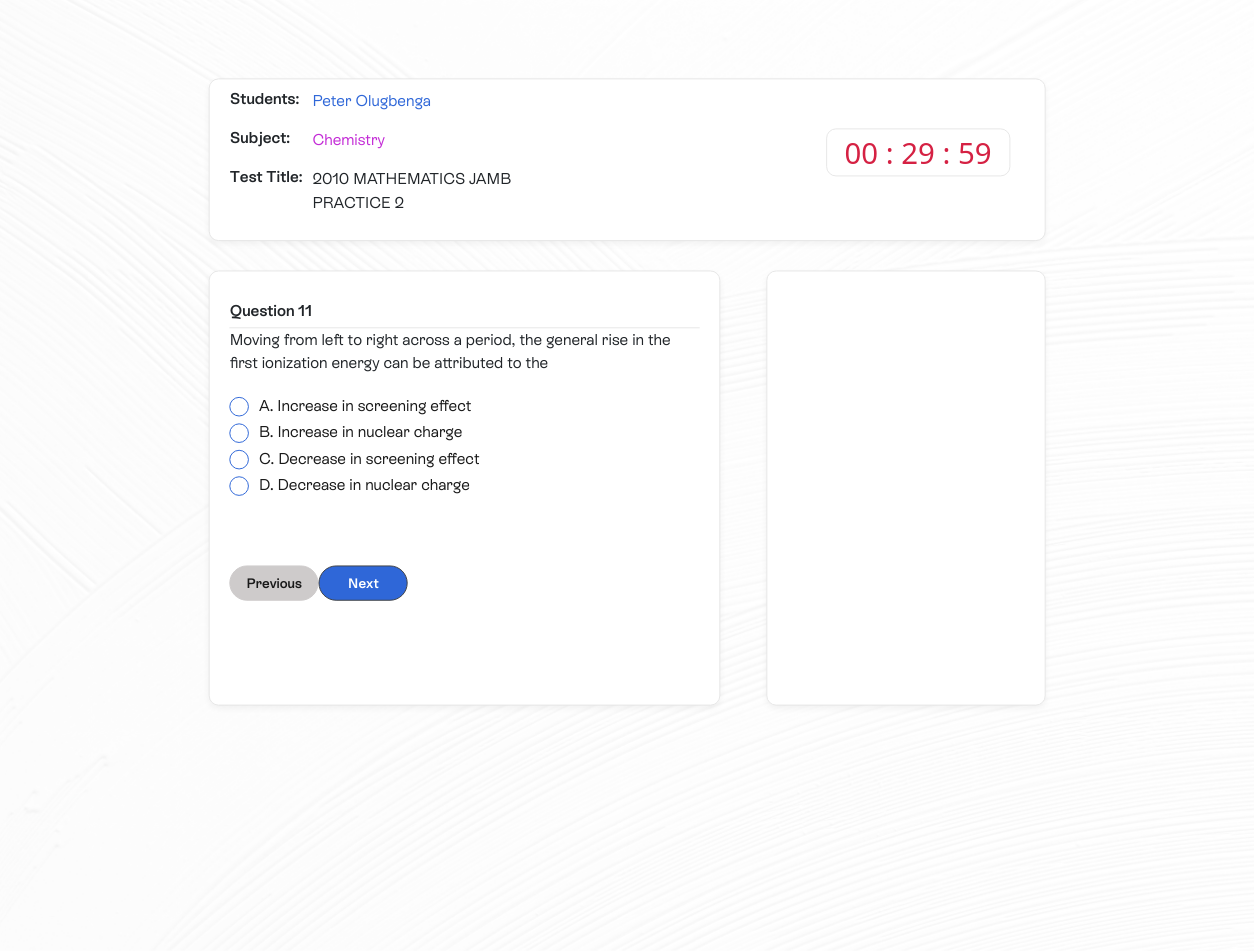
Repository: sarahnnanyelugo/educare-cbt
Page: /question
An editor plug-in stored every save of this project. The page is shown before and after the next save, followed by the edit.
The browser window is 1280 px wide. The pictures show the whole page, at 98% of full size.
The project was rebuilt for these pictures with package versions that can differ from the ones it lists, and the page was loaded fresh each time. Also part of the build but not shown: src/components/Form/Form.js, src/pages/AuthenticationPage/auth.scss, src/pages/AuthenticationPage/AuthenticationPage.js, src/components/TestModal/test-modal.scss, src/components/TestModal/TestModal.js, src/components/Exams/Exams.js, src/TestData/examsData.js, src/TestData/index.js and 2 more. Imported but missing from the stored project, and not drawn on this page: src/components/Form/Password, src/components/GoogleButton/GoogleButton.

Above is the page before, as saved 2023-11-05 14:27:37.

### src/App.js
import logo from "./logo.svg";
import "./App.css";
import "bootstrap/dist/css/bootstrap.min.css";
import { BrowserRouter, Routes, Route, Link, Outlet } from "react-router-dom";
import { AuthenticationPage } from "./pages/AuthenticationPage/AuthenticationPage";
import { Home } from "./pages/Home/Home";
import ScrollToTop from "./components/scrollToTop";
import { Navbar } from "./components/Navbar/Navbar";
import { TestInstructions } from "./pages/TestInstructions/TestInstructions";
import { Question } from "./pages/Question/Question";
function App() {
  return (
    <>
      <ScrollToTop />
      <Navbar />
      <Routes>
        <Route path="/" element={<AuthenticationPage />} />{" "}
        <Route path="home" element={<Home />} />{" "}
        <Route path="test-instructions" element={<TestInstructions />} />{" "}
        <Route path="question" element={<Question />} />{" "}
      </Routes>
    </>
  );
}

export default App;

### src/App.css
@font-face {
  font-family: rebondG;
  src: url(./assets/fonts/Rebond_font/RebondG.otf);
}
@font-face {
  font-family: rebondG-Bold;
  src: url(./assets/fonts/Rebond_font/RebondG-Bold.otf);
}
@font-face {
  font-family: rebondG-Semi-Bold;
  src: url(./assets/fonts/Rebond_font/Rebond-semibold.otf);
}
@font-face {
  font-family: rebondG-Medium;
  src: url(./assets/fonts/Rebond_font/RebondGrotesqueMedium.otf);
}
@font-face {
  font-family: rebondBook;
  src: url(./assets/fonts/Rebond_font/RebondG-Book.ttf);
}

h1,
h2,
h3,
h4,
h5,
h6 {
  font-family: rebondG-Semi-Bold;
}

p {
  font-family: rebondBook;
  font-size: 16px;
}
small {
  font-family: rebondBook;
}
button {
  font-family: rebondG-Semi-Bold;
}
ul li {
  font-family: rebondG-Medium;
}
@media screen and (min-width: 620px) {
  .flexy {
    display: flex;
  }
}
@media screen and (max-width: 620px) {
  .flexyM {
    display: flex;
  }
}

### src/components/Navbar/Navbar.js
import React, { useEffect, useRef, useState } from "react";
import "./navbar.scss";
import Logo from "../../assets/images/logo.png";
import { Link, NavLink } from "react-router-dom";
import { useLocation } from "react-router-dom";

export const Navbar = () => {
  const location = useLocation();
  const prevUrlRef = useRef(null);
  const [showNav, setShowNav] = useState(true);
  useEffect(() => {
    const currentUrl = window.location.pathname;
    if (prevUrlRef.current !== currentUrl) {
      prevUrlRef.current = currentUrl;
      console.log(currentUrl);
      setTimeout(() => {
        switch (currentUrl) {
          case "/":
            setShowNav(false);
            break;
          case "/test-instructions":
            setShowNav(false);
            break;
          case "/question":
            setShowNav(false);
            break;

          default:
            setShowNav(true);
            break;
        }
        localStorage.setItem("showNav", showNav);
      }, 200);
    }
  });
  return (
    <div className={`nav-container flexy ${showNav ? "" : "hide"} `}>
      <div className="logo-holder  col-md-1 flexy ">
        {" "}
        <Link to={"/"}>
          {" "}
          <img className="   logo" src={Logo} alt="Scholar" width="50%" />
        </Link>
      </div>
      <div className="flexy navs">
        <NavLink activeclassName="active" className="navlinks" to={"/home"}>
          <button> Home</button>
        </NavLink>{" "}
        <NavLink
          activeclassName="active"
          className="navlinks"
          to={"/test-analysis"}
        >
          <button> Test Analysis</button>
        </NavLink>{" "}
        <NavLink activeclassName="active" className="navlinks" to={"/wallet"}>
          <button> Wallet</button>
        </NavLink>
      </div>
    </div>
  );
};

### src/pages/Question/Question.js
import React from "react";
import "./question.scss";
import Alert from "../../assets/images/alert.svg";
import { Link } from "react-router-dom";

export const Question = () => {
  return (
    <>
      <div className="test-instructions-div">
        <div className="col-md-8 offset-md-2 student-details flexy">
          <div className="col-md-5 ">
            <div className="flexy flexyM">
              {" "}
              <h6 className="col-md-3 ">Students:</h6>
              <p style={{ color: "#2F67D8" }}>Peter Olugbenga</p>
            </div>
            <div className="flexy flexyM">
              {" "}
              <h6 className="col-md-3">Subject:</h6>
              <p style={{ color: "#C32BD6" }}>Chemistry</p>
            </div>{" "}
            <div className="flexy flexyM">
              {" "}
              <h6 className="col-md-3">Test Title:</h6>
              <p>2010 MATHEMATICS JAMB PRACTICE 2</p>
            </div>
          </div>
          <div className="timer offset-md-4 mt4">
            <button>00 : 29 : 59</button>
          </div>
        </div>
        <div className="col-md-8 offset-md-2 flexy">
          {" "}
          <div className="col-md-8 ">
            <div className="col-md-11  instructions">
              <div className="title-div">
                {" "}
                <h6>Question 11</h6>
              </div>
              <p>
                Moving from left to right across a period, the general rise in
                the first ionization energy can be attributed to the
              </p>
              <div>
                <input
                  type="radio"
                  id="answer-a"
                  name="answers"
                  value="answer-a"
                />
                <label for="answer-a">A. Increase in screening effect</label>
              </div>
              <div>
                <input
                  type="radio"
                  id="answer-b"
                  name="answers"
                  value="answer-b"
                />
                <label for="answer-b">B. Increase in nuclear charge</label>
              </div>
              <div>
                <input
                  type="radio"
                  id="answer-c"
                  name="answers"
                  value="answer-c"
                />
                <label for="answer-c">C. Decrease in screening effect</label>
              </div>{" "}
              <div>
                <input
                  type="radio"
                  id="answer-d"
                  name="answers"
                  value="answer-d"
                />
                <label for="answer-d">D. Decrease in nuclear charge</label>
              </div>
              <div className="flexy mt7">
                <button className="previous-btn">Previous</button>
                <button className="next-btn">Next</button>
              </div>
            </div>
          </div>
          <div className="col-md-4 instructions"></div>
        </div>
      </div>
    </>
  );
};

### src/pages/Home/home.scss
@import "../../variables";
@import "../../shared-styles";

.home-div {
  padding-top: 60px;
  padding-bottom: 60px;
  .unit {
    h3 {
      flex-grow: 1;
    }
    button {
      color: #2f67d8;
      background: #2f67d81a;
      border: solid 1px #2f67d8;
      width: 163px;
      font-size: 14px;
      height: 32px;
      border-radius: 100px;
    }
  }
  .question-type-div {
    border-radius: 11px;
    background: #ffffff;
    padding: 15px;
    border: solid 1px #e7e7e7;
    box-shadow: 0px 3px 6px #0000000d;
    input {
      width: 90%;
      border: solid 1px #cecbcb;
      height: 37px;
      border-radius: 10px;
      background: #fff;
      padding-left: 20px;
    }
    ::placeholder {
      color: #191919 !important;
      text-align: left;
      opacity: 0.3;
      font-size: 14px !important;
      font-family: rebondG-Medium;
    }
    button {
      @include main-btn;
      margin-top: 25px;
    }
  }
  .sort {
    margin-top: 100px;
    margin-bottom: 20px;
    h3 {
      flex-grow: 1;
    }
    h6 {
      margin-top: 10px;
      margin-right: 5px;
    }
    select {
      border: solid 1px #cecbcb;
      border-radius: 35px;
      width: 100px;
      background: #fff;
      font-family: rebondG-Medium;
      font-size: 14px;
      color: #191919;
    }
  }
}

### src/components/Navbar/navbar.scss
.nav-container {
  padding: 5px 60px;
  box-shadow: 0px 3px 6px #00000029;
  background: #fff;
  .logo-holder {
    flex-grow: 1;
  }
  .navs {
    flex-grow: 1;
    .navlinks {
      button {
        margin: 0 10px;
        padding: 5px 13px;
        border: none;
        color: #000;
        margin-top: 10px;
        text-decoration: none;
        font-size: 14px;
        border-radius: 100px;
        background: #fff;
        font-family: rebondG-Medium;
      }
    }
  }
}
.active {
  button {
    color: #2f67d8 !important;
    background: #c7d8fa !important;
  }
}

### src/pages/TestInstructions/test-instructions.scss
@import "../../variables";
@import "../../shared-styles";

.test-instructions-div {
  padding-top: 80px;
  padding-bottom: 250px;
  background: url("../../assets/images/brush-bg.png");
  background-size: cover;
  background-repeat: no-repeat;
  //   background-position: center;
  .instructions {
    border: 1px solid #e7e7e7;
    box-shadow: 0px 3px 6px #0000000d;
    border-radius: 10px;
    height: 444px;
    background: #fff;
    padding: 30px 20px;
    .title-div {
      border-bottom: 1px solid #e7e7e7;
    }
    .inner {
      margin-top: 30px;
      h6 {
        margin-bottom: 20px;
        font-size: 16px;
      }
      p {
        font-size: 16px;
      }
      .proceed-btn {
        @include main-btn;
      }
      .back-btn {
        border: 1px solid #2f67d8;
        color: #2f67d8;
        background: #fff;
        border-radius: 100px;
        width: 91px;
        height: 36px;
        font-size: 14px;
      }
      .instruction-btns {
        margin-top: 250px;
      }
    }
    ul {
      margin-top: 60px;
    }
    ul li {
      color: #d52143;
      font-size: 14px;
      img {
        margin-right: 7px;
      }
    }
  }
}

### src/pages/Question/question.scss
@import "../../variables";
@import "../../shared-styles";

.test-instructions-div {
  padding-top: 80px;
  padding-bottom: 250px;
  background: url("../../assets/images/brush-bg.png");
  background-size: cover;
  background-repeat: no-repeat;
  .student-details {
    border: 1px solid #e7e7e7;
    box-shadow: 0px 3px 6px #0000000d;
    border-radius: 10px;
    background: #fff;
    padding: 10px 20px;
    margin-bottom: 30px;
    .timer {
      button {
        color: #d52143;
        font-size: 30px;
        width: 188px;
        // height: 40px;
        border: solid 1px #e7e7e7;
        border-radius: 10px;
        background: #fff;
      }
    }
  }
  .instructions {
    border: 1px solid #e7e7e7;
    box-shadow: 0px 3px 6px #0000000d;
    border-radius: 10px;
    height: 444px;
    background: #fff;
    padding: 30px 20px;
  }
}
input[type="radio"] {
  appearance: none;
  -webkit-appearance: none;
  width: 20px;
  height: 20px;
  border: 1px solid #2f67d8;
  border-radius: 50%;
  margin-right: 10px;
  background-color: transparent;
  position: relative;
  top: 6px;
}

input[type="radio"]:checked::before {
  content: "";
  display: block;
  width: 12px;
  height: 12px;
  background-color: #2f67d8;
  border-radius: 50%;
  position: absolute;
  top: 50%;
  left: 50%;
  transform: translate(-50%, -50%);
}

label {
  font-size: 16px;
  font-family: rebondBook;

  color: #191919;
}
.previous-btn {
  border-radius: 100px;
  width: 91px;
  height: 36px;
  font-size: 14px;
  border: solid 1px #cecbcb;
  background: #cecbcb;
  font-family: rebondG-Semi-Bold;
  color: #191919;
}
.next-btn {
  @include main-btn;
}

### src/components/Form/form.scss
@import "../../variables";
@import "../../shared-styles";

.form-container {
  border: solid 1px rgb(255, 255, 255);
  border-radius: 15px;
  box-shadow: 0 0 1px 1px rgb(221, 221, 221);
  padding: 30px 20px 50px 20px;
  background: #fff;
  .or {
    .bodda {
      border-top: solid 1px #efefef;
      margin-top: 30px;
    }
    p {
      margin-top: 15px;
    }
  }
  .form-heading {
    color: #161617;
    font-size: 16px;
  }
}

.form {
  width: 100%;
  position: relative;
  height: fit-content;
  overflow: hidden;
}

.form input {
  width: 100%;
  height: 100%;
  color: #191919;
  padding-top: 10px;
  padding-bottom: 10px;
  padding-left: 20px;
  border-radius: 10px;
  height: 40px;
  margin-top: 20px;
  border: solid 1px #e7e7e7;
  background: #fff;
  font-family: rebondG-Semi-Bold;
}
.form label {
  position: absolute;
  bottom: 4px;
  left: 20px;
  width: 100%;
  height: 100%;
  font-size: 12px;
  font-family: rebondG;
  color: #161617;
  pointer-events: none;
}
.form label::after {
  content: "";
  position: absolute;
  bottom: -1px;
  left: 0px;
  width: 100%;
  height: 100%;
  transform: translateX(-100%);
  transition: all 0.3s ease;
}

.content-name {
  position: absolute;
  bottom: 0px;
  left: 0px;
  padding-bottom: 5px;
  transition: all 0.3s ease;
}
.form input:focus {
  outline: none;
}
.form input:focus + .label-name .content-name,
.form input:valid + .label-name .content-name {
  transform: translateY(-100%);
  font-size: 8px;
  left: 0px;
  color: black;
}
.form input:focus + .label-name::after,
.form input:valid + .label-name::after {
  transform: translateX(0%);
}
.password-input {
  input {
    border: solid 1px #edecec !important;
    padding: 9px 5px;
    border-radius: 10px;
    background: #fff !important;
    width: 100% !important;
    height: 40px;
  }
  img {
    margin-left: -35px;
    border-right: solid 1px rgb(226, 220, 220) !important;
    border-radius: 7px;
    @media screen and (max-width: 620px) {
      margin-left: -18px;
    }
  }
}
.formButton {
  color: #fff;
  border: none;
  padding: 10px 0;
  border-radius: 35px;
  margin-top: 30px;
  width: 100%;
  font-size: 16px !important;
  font-weight: bold !important;
  font-family: rebondG-Medium;
  background: #2f67d8;
  &:hover {
    background: #1e4ba7;
    transition: 0.5 ease;
  }
  @media screen and (max-width: 620px) {
  }
}
.css-qbdosj-Input {
  padding: 6px 5px !important;
}
.css-13cymwt-control {
  border-radius: 10px !important;
  height: 40px !important;
  border: solid 1px rgb(236, 233, 233) !important;
}
//////////////////////////////////////////////////////////////////////////////////////////

.formpassword {
  width: 100%;
  position: relative;
  height: fit-content;
  overflow: hidden;
}

.formpassword input {
  width: 100%;
  height: 100%;
  color: #191919;
  padding-top: 10px;
  padding-bottom: 10px;
  padding-left: 20px;
  border-radius: 10px;
  height: 40px;
  margin-top: 20px;
  border: solid 1px #e7e7e7;
  background: #fff;
  font-family: rebondG-Semi-Bold;
}
.formpassword label {
  position: absolute;
  bottom: 4px;
  left: 20px;
  width: 100%;
  height: 100%;
  font-size: 12px;
  font-family: rebondG;
  color: #161617;
  pointer-events: none;
}
.formpassword label::after {
  content: "";
  position: absolute;
  bottom: -1px;
  left: 0px;
  width: 100%;
  height: 100%;
  transform: translateX(-100%);
  transition: all 0.3s ease;
}

.content-name {
  position: absolute;
  bottom: 0px;
  left: 0px;
  padding-bottom: 5px;
  transition: all 0.3s ease;
}
.formpassword input:focus {
  outline: none;
}
.formpassword input:focus + .label-name .content-name,
.formpassword input:valid + .label-name .content-name {
  transform: translateY(-100%);
  font-size: 8px;
  left: 0px;
  color: black;
}
.formpassword input:focus + .label-name::after,
.formpassword input:valid + .label-name::after {
  transform: translateX(0%);
}
.css-1jqq78o-placeholder {
  font-family: rebondBook !important;
  color: #161617 !important;
  font-size: 12px !important;
  font-family: rebondBook !important ;
}
.PhoneInputCountry {
  background: #fff !important;
}
.hide {
  display: none;
}
.show {
  display: block;
}

### src/components/Exams/exams.scss
@import "../../variables";
@import "../../shared-styles";

.questions-div {
  border: 1px solid #e7e7e7;
  border-radius: 11px;
  box-shadow: 0px 3px 6px #0000000d;
  height: 89px;
  margin-bottom: 30px;
  padding-top: 15px;
  h6 {
    font-size: 16px;
  }
  p {
    font-size: 14px;
  }
  button {
    @include main-btn;
  }

  tr td {
    border: none;
    padding: 0 !important;
    text-align: left;
    small {
      font-size: 14px;
    }
  }
}

### src/_variables.scss
$blue: #0098da;
$lightblue: #e1f2fa;
$purple: #5044b2;
@mixin get-started-button {
  color: #fff;
  border-radius: 35px;
  border: solid 1px #414244;
  padding: 8px 20px;
  font-size: 14px;
  font-family: rebondG-Semi-Bold;

  // &:hover {
  //   background: #30266b;
  //   transition: 0.5s ease;
  // }
}
@mixin main-btn {
  background: #2f67d8 !important;
  color: #fff;
  border-radius: 100px;
  // padding: 8px 20px;
  width: 91px;
  height: 36px;
  font-size: 14px;
  border: solid 1px #414244;
  font-family: rebondG-Semi-Bold;

  &:hover {
    background: #1e4ba7 !important;
    transition: 0.5s ease;
  }
}

### src/_shared-styles.scss
.mt1 {
  margin-top: 10px;
}
.mt2 {
  margin-top: 20px;
}
.mt3 {
  margin-top: 30px;
}
.mt4 {
  margin-top: 40px;
}
.mt5 {
  margin-top: 50px;
}
.mt6 {
  margin-top: 60px;
}
.mt7 {
  margin-top: 70px;
}
.mt8 {
  margin-top: 80px;
}
.mt9 {
  margin-top: 90px;
}
.mt {
  margin-top: 140px;
}
.mtt {
  margin-top: 200px;
}
.bb {
  border-bottom: solid 1px rgb(233, 229, 229);
}
.bt {
  border-top: solid 1px rgb(233, 229, 229);
}
.pd {
  padding: 80px 0;
}
.br {
  border-right: solid 1px rgb(233, 229, 229);
}
.no-m {
  @media screen and (max-width: 620px) {
    margin: 0 !important;
  }
}
.ml {
  margin-left: 10px;
}
.ml4 {
  margin-left: 40px;
}
.ml3 {
  margin-left: 30px;
}

.features-link {
  color: #191919;
  text-decoration: none;
  &:hover {
    color: #191919;
  }
}

.mb5 {
  margin-bottom: 50px;
}
.mb4 {
  margin-bottom: 40px;
}

.no-margin {
  @media screen and (max-width: 620px) {
    margin-top: 0px !important;
    text-align: center;
  }
}
.grad2 {
  background: rgb(255, 255, 255);
  background: linear-gradient(
    180deg,
    rgba(255, 255, 255, 1) 28%,
    rgba(240, 240, 240, 1) 48%,
    rgba(255, 255, 255, 1) 75%
  );
}
.dn {
  @media screen and (max-width: 620px) {
    display: none;
  }
}
.dnW {
  @media screen and (min-width: 620px) {
    display: none;
  }
}
.dnM {
  @media screen and (max-width: 620px) {
    display: none;
  }
}
.img-resolv {
  width: 90%;
  @media screen and (max-width: 620px) {
    width: 100%;
  }
}
.link {
  font-size: 12px;
  text-decoration: none;
  color: #000;
  font-family: rebondG-Semi-Bold;
  margin-bottom: 0 !important;
}
.link2 {
  font-size: 12px;
  text-decoration: none;
  color: #2f67d8;
  font-family: rebondG-Semi-Bold;
}

Loaded but not shown: public/index.html (common file); src/index.js (common file); src/index.css (common file); src/reportWebVitals.js (common file); src/components/scrollToTop.js (common file)

After the next save:
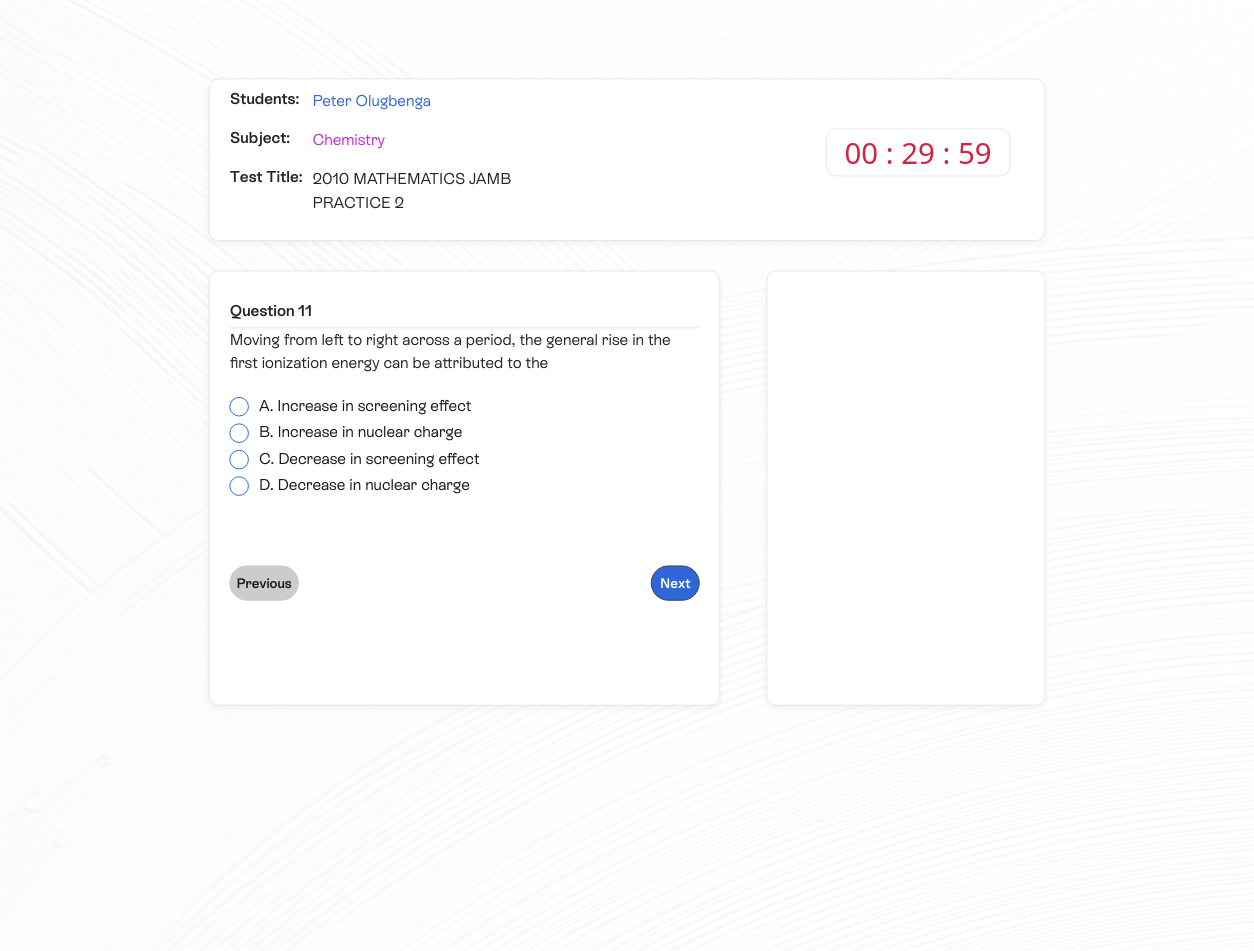
Saved 10 s later.
--- a/src/pages/Question/Question.js
+++ b/src/pages/Question/Question.js
@@ -79,7 +79,7 @@
               </div>
               <div className="flexy mt7">
                 <button className="previous-btn">Previous</button>
-                <button className="next-btn">Next</button>
+                <button className="next-btn offset-md-9">Next</button>
               </div>
             </div>
           </div>
